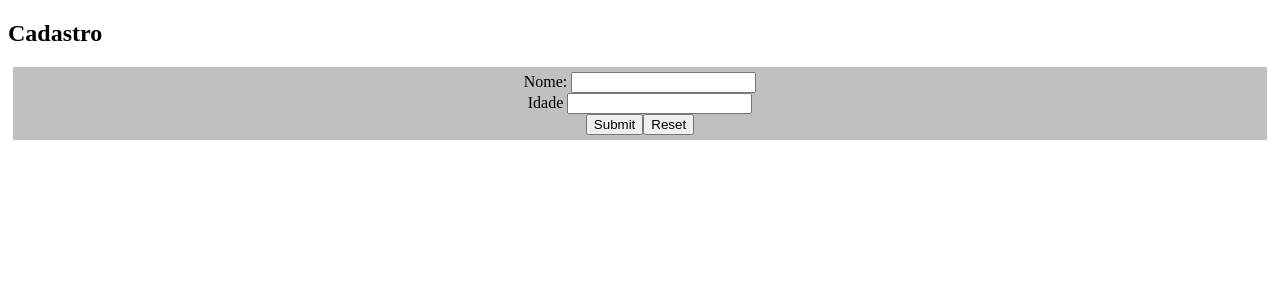
Repository: ViniciusyLima/SpringToolSuite4
Page: http://localhost/aula05/Cadastro.jsp
The author's editor kept a copy of each file at every save. The page is drawn from the files as they stood at one save, then again after the next save.
The browser window is 1280 px wide. The pictures show the whole page.
The page is served by Tomcat 9.

Above is the page before, as saved 2023-09-06 12:18:58.

After the next save:
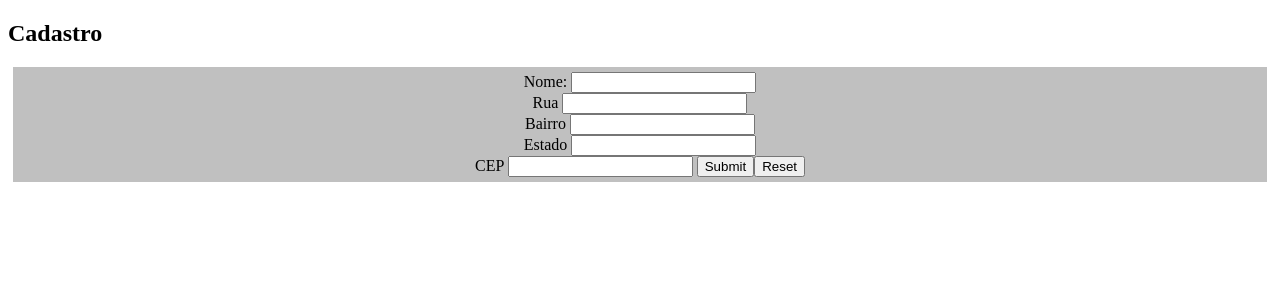
Saved 116 s later.
--- a/aula05/src/main/webapp/Cadastro.jsp
+++ b/aula05/src/main/webapp/Cadastro.jsp
@@ -14,9 +14,17 @@
 	<label>Nome:</label>
 	<input type="text" name="nome" id="nome">
 	<br>
-	<label>Idade</label>
-	<input type="text" name="idade" id="idade">
+	<label>Rua</label>
+	<input type="text" name="rua" id="rua">
 	<br>
+	<label>Bairro</label>
+	<input type="text" name="bairro" id="bairro">
+	<br>
+	<label>Estado</label>
+	<input type="text" name="estado" id="estado">
+	<br>
+	<label>CEP</label>
+	<input type="text" name="cep" id="cep">
 	<input type="submit"><input type="reset">
 	</form>
 	</div>
